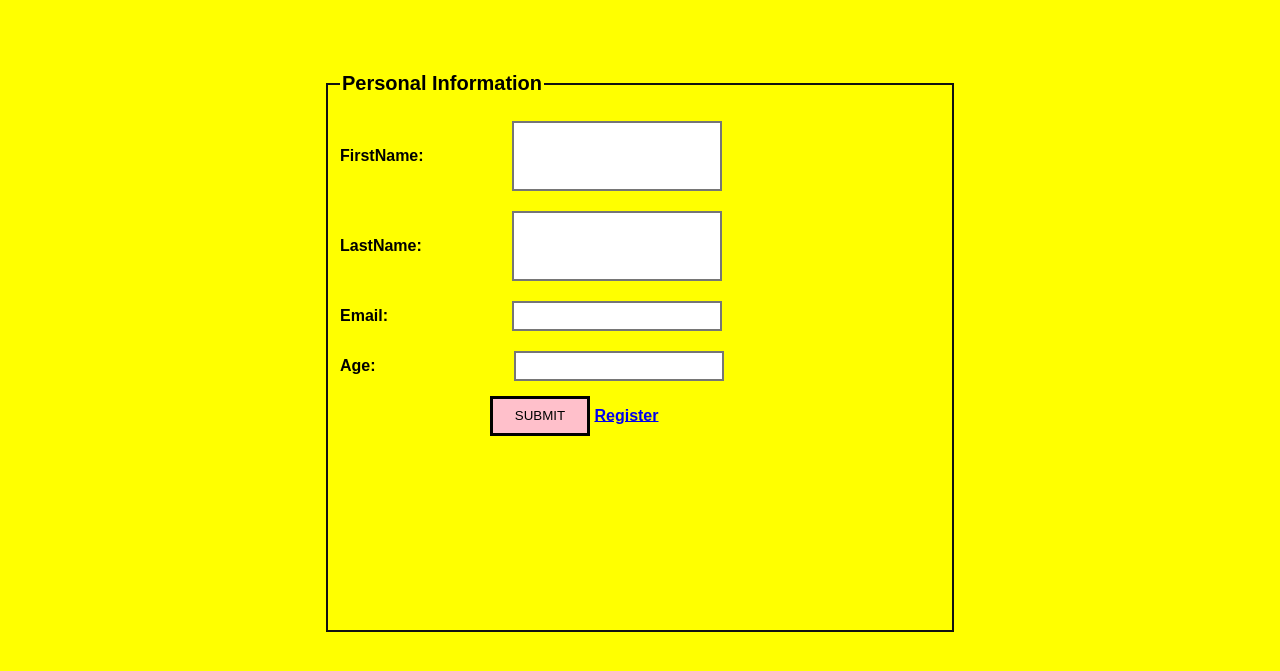
Repository: Femi007-gh/Legend
Page: index.html
The author's editor kept a copy of each file at every save. The page is drawn from the files as they stood at one save, then again after the next save.
The browser window is 1280 px wide. The pictures show the whole page.

Above is the page before, as saved 2025-04-07 21:52:29.

### index.html
<html>
  <head>
    <title>LEGEND</title>
    <link rel="stylesheet" href="style.css">
  </head>
  <body>
    <form>
      <fieldset class="field">
        <legend class="ld">Personal Information</legend>
        <label class="first">FirstName:</label>
        <input type="text" class="FN"><br>

        <label class="last">LastName:</label>
        <input type="text" class="LN"> <br>

        <label class="mail">Email:</label>
        <input type="text" class="email"> <br>

        <label class="yourage">Age:</label>
        <input type="text" class="age"> <br>
          <button class="sub" type="button">SUBMIT</button>
          <a href="loginpage.html">Register</a>
      </fieldset>
    </form>
  </body>
</html>

### style.css
body {
  font-family:Arial, Helvetica, sans-serif;
  font-weight: bold;
  display: flex;
  justify-content: center;
  align-items: center;
  background-color: yellow;
}

.ld {
  font-size: 20px;
}

.field {
  border: 2px solid #111;
  width: 600px;
  height: 540px;
}

.FN {
  margin-top: 20px;
  margin-left: 84px;
  border-style: solid;
  height: 70px;
  width: 210px;
}

.LN {
  margin-top: 20px;
  margin-left: 86px;
  border-style: solid;
  height: 70;
  width: 210px;
}

.email {
  margin-top: 20px;
  margin-left:120px;
  height: 30px;
  border-style: solid;
  width: 210px;
}

.age {
  margin-top: 20px;
  margin-left: 134px;
  border-style: solid;
  height: 30px;
  width: 210px;
}

input {
  background-color: white;
}

.sub {
  height: 40px;
  width: 100px;
  margin-left: 150px;
  margin-top: 15px;
  border: none;
  background-color: pink;
  border-style: solid;
  cursor: pointer;
}

.sub:hover {
  background-color: blue;
}

After the next save:
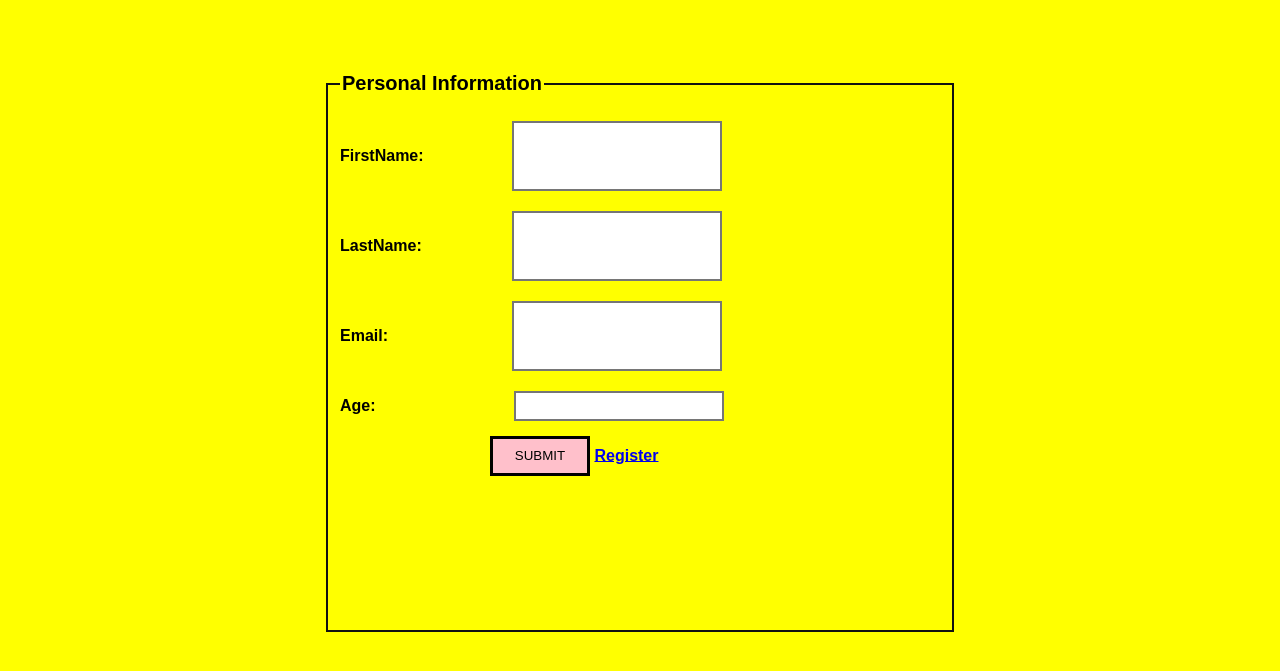
Saved 4 s later.
--- a/style.css
+++ b/style.css
@@ -36,7 +36,7 @@ body {
 .email {
   margin-top: 20px;
   margin-left:120px;
-  height: 30px;
+  height: 70px;
   border-style: solid;
   width: 210px;
 }
